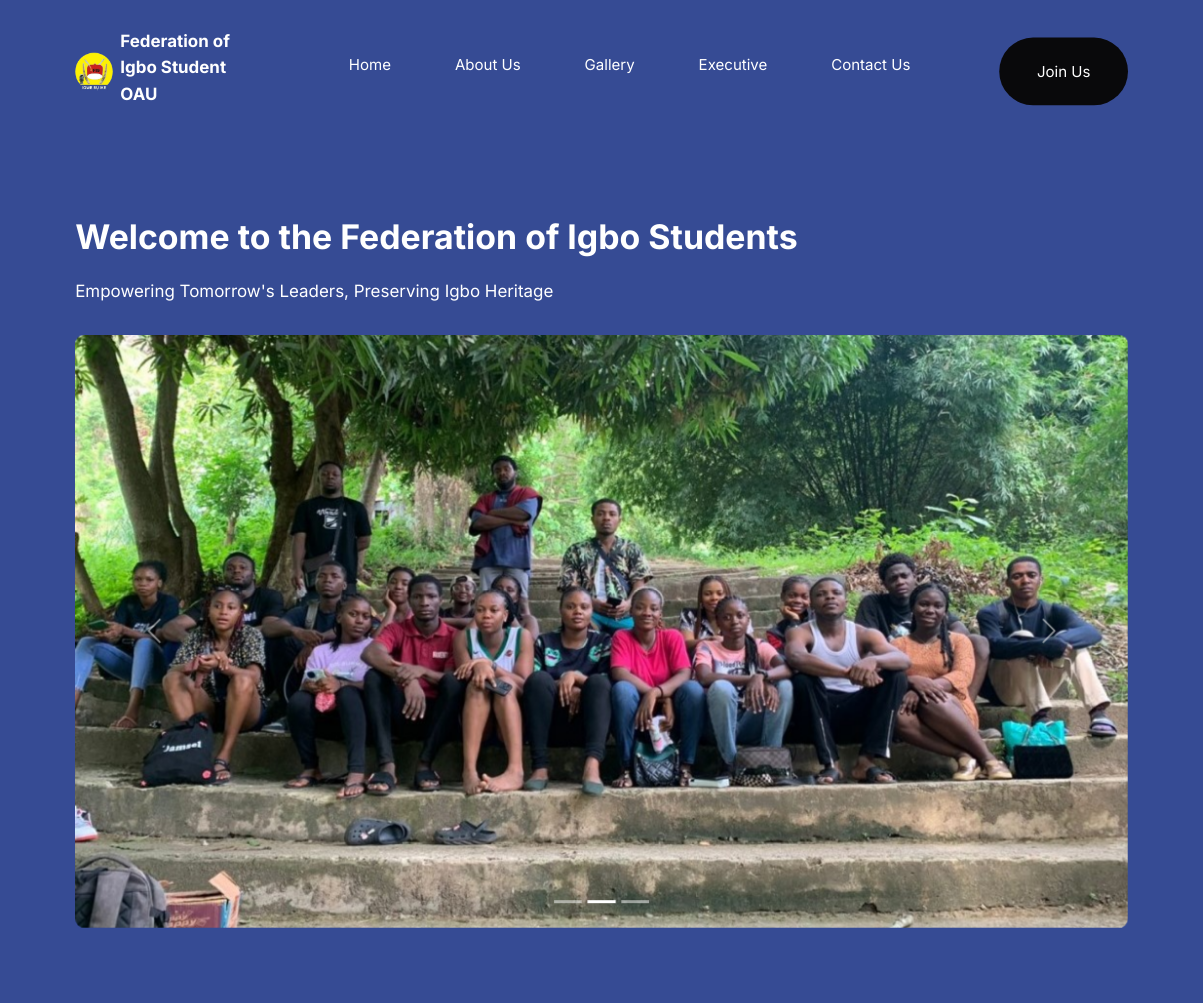
Repository: akinolapo/fis
Page: /
These files come from the project's save history. The page is drawn as it stood at one moment and after the next save; the edit follows.
The browser window is 1280 px wide. The pictures show the whole page, at 94% of full size.
The project was rebuilt for these pictures with package versions that can differ from the ones it lists, and the page was loaded fresh each time. The framework's server and built-in components were replaced by stand-ins that run in the browser. Also part of the build but not shown: next.config.mjs.

Above is the page before, as saved 2024-05-05 16:02:39.

### app/layout.tsx
import type { Metadata } from "next";
import { Inter } from "next/font/google";
import "./globals.css";
import Header from "./components/Header/Header";



const inter = Inter({ subsets: ["latin"] });

export const metadata: Metadata = {
  title: "Federation of Igbo Student OAU",
  description: "Federation of Igbo Student OAU",
};

export default function RootLayout({
  children,
}: Readonly<{
  children: React.ReactNode;
}>) {
  return (
    <html lang="en">
      <body className={inter.className}>
        <Header/>
        {children}
        </body>
    </html>
  );
}

### app/page.tsx
import Hero from "./components/Hero/Hero";

export default function Home() {
  return (
    <main>
      <Hero/>
    </main>
  );
}

### app/globals.css
@tailwind base;
@tailwind components;
@tailwind utilities;z

*{
  margin: 0;
  padding: 0;
}

body {
  background: #364B94 !important;
  color: #ffffff;
  padding: 0 80px;
}

@layer utilities {
  .text-balance {
    text-wrap: balance;
  }
}

### app/components/Header/Header.tsx
import Image from "next/image";

const Header = () => {
  return (
    <header className="flex justify-between items-center py-4 text-white">
      {/* Logo and Site Title */}
      <div className="flex items-center">
        <Image src="/logo.png" alt="Logo" width={60} height={60} className="w-10 h-10 mr-2"  />
        <h1 className="text-lg font-bold">Federation of <br></br>Igbo Student<br></br> OAU</h1>
      </div>

      {/* Menu */}
      <nav className="flex justify-center flex-grow">
        <ul className="flex gap-1">
          <li className="cursor-pointer hover:text-gray-400 p-8">Home</li>
          <li className="cursor-pointer hover:text-gray-400 p-8">About Us</li>
          <li className="cursor-pointer hover:text-gray-400 p-8">Gallery</li>
          <li className="cursor-pointer hover:text-gray-400 p-8">Executive</li>
          <li className="cursor-pointer hover:text-gray-400 p-8">Contact Us</li>
        </ul>
      </nav>

      {/* Join Us Button */}
      <button className="rounded-full py-4 px-10 bg-zinc-950 hover:bg-black text-white">
        Join Us
      </button>
    </header>
  );
};

export default Header;

### app/components/Hero/Hero.tsx
import Image from "next/image";
import Slider from "../Slider/Slider";

const Hero = () => {
  return (
    <div className="text-white py-20">
      <h2 className="text-4xl font-bold mb-4">
        Welcome to the Federation of Igbo Students
      </h2>
      <p className="text-lg mb-8">
        Empowering Tomorrow's Leaders, Preserving Igbo Heritage
      </p>
      <Slider/>
    </div>
  );
};

export default Hero;

### app/components/Slider/Slider.tsx
'use client'
import { Carousel } from 'react-bootstrap'
import Image from 'next/image'

import './slider.css'
import './bootstrap.min.css';

const Slider = () => {
  return (
    <section className="slider-head">
      <Carousel className="slider" pause={false} interval={4000}>
        <Carousel.Item className="sliderWrapper">
          <div className="slideImg">
            <Image
              src="/images/hero.jpeg"
              alt="promotion"
              width={720}
              height={480}
              className="imageOverlay"
            />
          </div>
        </Carousel.Item>

        <Carousel.Item className="sliderWrapper">
          <div className="slideImg">
            <Image
              src="/images/hero.jpeg"
              alt="promotion"
              width={720}
              height={480}
              className="imageOverlay"
            />
          </div>
        </Carousel.Item>

        <Carousel.Item className="sliderWrapper">
          <div className="slideImg">
            <Image
              src="/images/hero.jpeg"
              alt="promotion"
              width={720}
              height={480}
              className="imageOverlay"
            />
          </div>
        </Carousel.Item>
      </Carousel>
    </section>
  )
}

export default Slider

### app/components/Slider/slider.css
/* slider.css */

.slider {
    position: relative;
  }


  .slideImg {
    position: relative;
  }

  .imageOverlay {
    width: 100%;
    height: auto;
    border-radius: 10px;
  }

Loaded but not shown: app/components/Slider/bootstrap.min.css (library); tailwind.config.ts (common file)

After the next save:
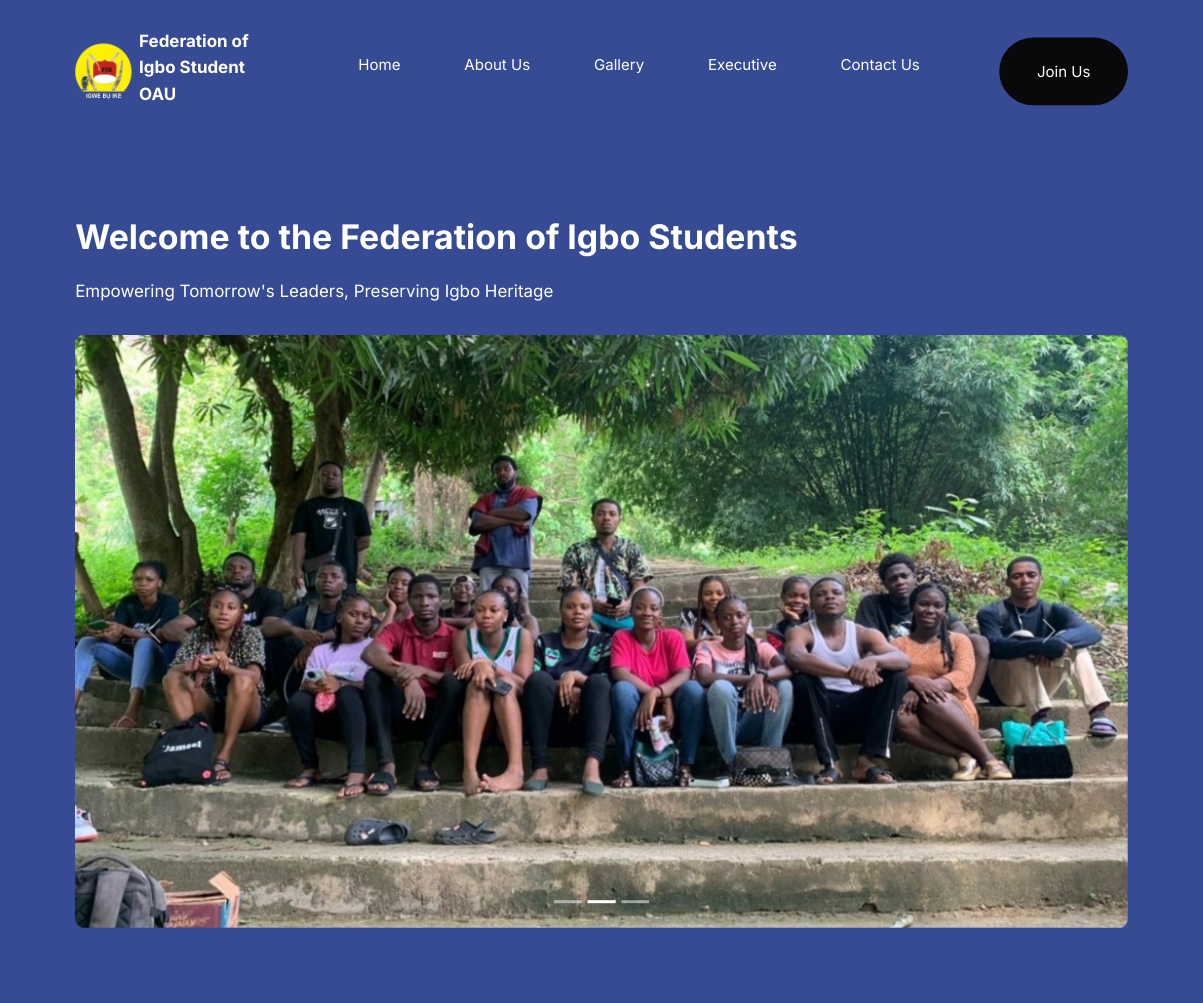
Saved 5 s later.
--- a/app/components/Header/Header.tsx
+++ b/app/components/Header/Header.tsx
@@ -5,7 +5,7 @@ const Header = () => {
     <header className="flex justify-between items-center py-4 text-white">
       {/* Logo and Site Title */}
       <div className="flex items-center">
-        <Image src="/logo.png" alt="Logo" width={60} height={60} className="w-10 h-10 mr-2"  />
+        <Image src="/logo.png" alt="Logo" width={60} height={60} className="mr-2"  />
         <h1 className="text-lg font-bold">Federation of <br></br>Igbo Student<br></br> OAU</h1>
       </div>
 
